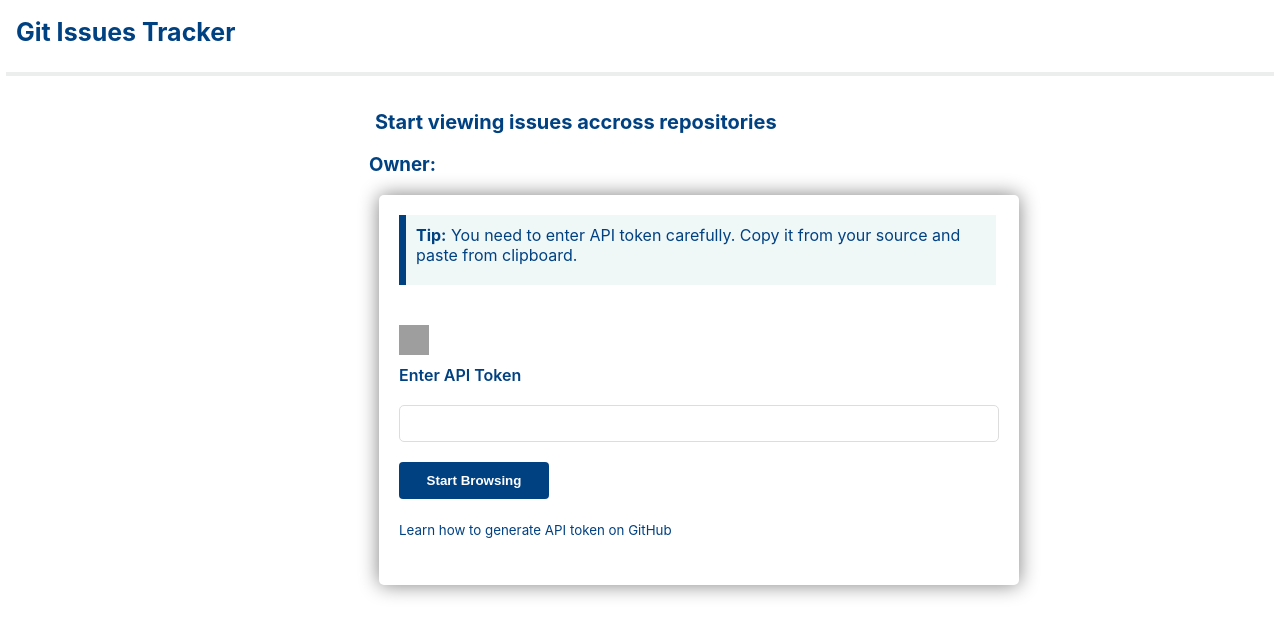
Repository: duzzisantos/github-repos-react-graphql
Page: /
The author's editor kept a copy of each file at every save. The page is drawn from the files as they stood at one save, then again after the next save.
The browser window is 1280 px wide. The pictures show the whole page.
Pictures or frames that could not be fetched are drawn as grey boxes. The project was rebuilt for these pictures with package versions that can differ from the ones it lists, and the page was loaded fresh each time. Also part of the build but not shown: src/components/table/tables.scss, src/components/table/Filters.tsx, src/components/table/Pagination.tsx, src/components/table/TableComponent.tsx, src/components/table/columnHelpers.ts, src/utilities/funtions.ts, src/pages/Repositories.tsx, src/pages/ViewRepository.tsx.

Above is the page before, as saved 2024-06-17 21:00:48.

### src/index.tsx
import React from "react";
import ReactDOM from "react-dom/client";
import "./index.css";
import App from "./App";
import reportWebVitals from "./reportWebVitals";
import { BrowserRouter } from "react-router-dom";
import { ApolloProvider } from "@apollo/client";
import client from "./api/apolloClient";

const root = ReactDOM.createRoot(
  document.getElementById("root") as HTMLElement
);
root.render(
  <React.StrictMode>
    <BrowserRouter>
      <ApolloProvider client={client}>
        <App />
      </ApolloProvider>
    </BrowserRouter>
  </React.StrictMode>
);

// If you want to start measuring performance in your app, pass a function
// to log results (for example: reportWebVitals(console.log))
// or send to an analytics endpoint. Learn more: https://bit.ly/CRA-vitals
reportWebVitals();

### src/App.tsx
import React from "react";
import "./App.scss";
import "./App.css";
import { Routes, Route } from "react-router-dom";
import StartPage from "./pages/StartPage";
import Repositories from "./pages/Repositories";
import ViewRepository from "./pages/ViewRepository";

function App() {
  return (
    <div className="App">
      <h1>Git Issues Tracker</h1>
      <hr />

      <Routes>
        <Route path="/" element={<StartPage />} />
        <Route path="/start" element={<StartPage />} />
        <Route path="/repositories" element={<Repositories />} />
        <Route path="/owner/repositoryName" element={<ViewRepository />} />
      </Routes>
    </div>
  );
}

export default App;

### src/api/apolloClient.ts
import { ApolloClient, InMemoryCache, createHttpLink } from "@apollo/client";
import { setContext } from "@apollo/client/link/context";

const http = createHttpLink({
  uri: "https://api.github.com/graphql",
});

const auth = setContext((_, { headers }) => {
  const apiToken = localStorage.getItem("authToken");

  return {
    headers: {
      ...headers,
      authorization: `Bearer ${apiToken}`,
    },
  };
});

const client = new ApolloClient({
  link: auth.concat(http),
  cache: new InMemoryCache(),
});

export default client;

### src/App.scss
/* Sass variables declared here: */

$color-dark: #212529;
$color-blue: rgb(0, 65, 130);
$color-teal: teal;
$padding-10: 10px;
$padding-20: $padding-10 * 2;
$padding-40: $padding-20 * 2;
$selected-display: flex;
$row: row;
$column: column;
$mb-20: 20px;
$mb-40: $mb-20 * 2;
$fw-600: 600;
$rounded-box: 5px;
$input-border: 1px solid rgb(221, 221, 221);

/* Main and start page styles*/
.App {
  display: flex;
  flex-direction: column;
}

.container {
  width: 98.8%;
  padding: $padding-10 $padding-10;
  display: flex;
  flex-direction: $column;
  justify-content: center;
  bottom: 0;
  margin-left: auto;
  color: $color-blue;
}

h1 {
  font-size: 25px;
  padding: 0 $padding-10;
  color: $color-blue;
  margin-left: 6px;
}

h2 {
  margin-left: 6px;
  font-size: 20px;
}

hr {
  border: 2px solid rgb(236, 238, 238);
  width: 98.8%;
}

form {
  width: 600px;
  height: 350px;
  margin-left: 10px;
  border-radius: $rounded-box;
  box-shadow: 0px 0px 20px gray;
  padding: $padding-20 $padding-20;
}

.form-group {
  display: $selected-display;
  flex-direction: $column;
}

.user-tip {
  height: 50px;
  width: 95%;
  padding: $padding-10 $padding-10;
  margin-bottom: $mb-40;
  border-left: 7px solid $color-blue;
  background-color: rgb(239, 247, 247);
}

.banner-info {
  color: $color-teal;
  font-size: 14px;
}

.banner-danger {
  @extend .banner-info;
  color: tomato;
}

.git-image {
  height: 30px;
  width: 30px;
  margin-bottom: 10px;
}

label {
  margin-bottom: $mb-20;
  font-weight: $fw-600;
}

#apiToken {
  @extend label;
  padding: 10px;
  border: $input-border;
  border-radius: $rounded-box;
}

/* Buttons */
.primary-btn {
  @extend label;
  width: 25%;
  padding: $padding-10;
  background-color: $color-blue;
  border: 1px solid transparent;
  border-radius: 4px;
  color: white;
}

button:hover {
  cursor: pointer;
}

.transparent-btn {
  @extend .primary-btn;
  background-color: white;
  color: $color-blue;
  border: 1px solid whitesmoke;
}

.transparent-btn:hover {
  background-color: $color-blue;
  color: white;
}

.action-btn {
  background-color: $color-teal;
  border: 1px solid transparent;
  color: white;
  border-radius: $rounded-box;
}

.read-docs {
  text-decoration: none;
  color: $color-blue;
}

.read-docs:hover {
  text-decoration-line: underline;
}

/* Content styles*/
.content-display {
  width: 90vw;
  overflow: auto;
  box-shadow: 0px 0px 15px gray;
  padding: $padding-10 $padding-10;
  margin-top: $mb-20;
  border-radius: $rounded-box;
}

.content-display > .display-items {
  width: 220%;
  position: relative;
}

.view-details {
  width: 45%;
  margin-top: $mb-20;
}

/* Miscellaneous styles */
a {
  text-decoration: none;
  color: $color-blue;
}

a:hover {
  text-decoration-line: underline;
}

### src/App.css
.container {
  width: 90%;
  align-items: center;
  justify-content: center;
  bottom: 0;
  padding: 10px 10px;
}

.display-items {
  width: 100%;
  display: flex;
  flex-direction: row;
  flex-wrap: wrap;
  gap: 1.5%;
}

.small-card {
  width: 300px;
  height: 120px;
  display: flex;
  flex-direction: column;
  justify-content: center;
  text-align: center;
  box-shadow: 0px 0px 3px gray;
}

### src/pages/StartPage.tsx
import React from "react";
import Container from "src/components/Container";
import Form from "src/components/Form";

const StartPage = () => {
  return (
    <Container
      pageSubTitle="Start viewing issues accross repositories"
      children={<Form />}
    />
  );
};

export default StartPage;

### src/components/Container.tsx
import React from "react";

interface ContainerProps {
  pageSubTitle: string;
  repositoryOwner?: string;
  children: any;
}

const Container = ({
  pageSubTitle,
  children,
  repositoryOwner,
}: ContainerProps) => {
  return (
    <main className="container">
      <section>
        <h2> {pageSubTitle}</h2>
        <h3>Owner: {repositoryOwner}</h3>
        {children}
      </section>
    </main>
  );
};

export default Container;

### src/components/Form.tsx
import React, { useState } from "react";
import { useNavigate } from "react-router-dom";
import { useLazyQuery } from "@apollo/client";
import { GET_ALL_REPOSITORIES } from "src/api/queryhelper";
//We need to specify the types of data we would be utilizing as state

const Form = () => {
  const [apiToken, setApiToken] = useState("");
  const [apiPayLoad, setApiPayload] = useState([]);
  const [getRepositories, { loading, error, data }] =
    useLazyQuery(GET_ALL_REPOSITORIES);

  const navigate = useNavigate();

  const handleChange = (e: any) => {
    setApiToken(e.target.value);
  };

  const handleSubmit = () => {
    localStorage.setItem("authToken", apiToken);

    //We make the GraphQL API call here
    getRepositories()
      .then((res: any) => {
        console.log(res.data);
        setApiPayload(res.data.viewer.repositories.nodes);
      })
      .catch((err) => {
        console.warn(err?.message);
      });
  };

  if (data) {
    navigate("/repositories", {
      state: {
        //this is the result we want to consume as we navigate to the /repositories route
        data: data.viewer.repositories.nodes,
        error: error,
        loading: loading,
        apiPayLoad,
      },
    });
  }

  return (
    <form>
      <div className="user-tip">
        <strong> Tip:</strong> You need to enter API token carefully. Copy it
        from your source and paste from clipboard.
      </div>

      <div className="form-group">
        <img
          src="https://upload.wikimedia.org/wikipedia/commons/thumb/c/c2/GitHub_Invertocat_Logo.svg/1200px-GitHub_Invertocat_Logo.svg.png"
          alt="git"
          className="git-image"
        />
        <label htmlFor="apiToken">Enter API Token</label>
        <input
          type="text"
          name="apiToken"
          id="apiToken"
          value={apiToken}
          onChange={handleChange}
        />
        <button className="primary-btn" type="button" onClick={handleSubmit}>
          Start Browsing
        </button>

        <div className="banner-info">
          <strong>{loading ? "Redirecting...." : data && "Success"}</strong>
        </div>
        <div className="banner-danger">
          <strong>{error && error.message}</strong>
        </div>
      </div>
      <small className="form-text" id="info">
        <a
          className="read-docs"
          title="Read short documentation"
          href="https://docs.github.com/en/authentication/keeping-your-account-and-data-secure/managing-your-personal-access-tokens"
        >
          Learn how to generate API token on GitHub
        </a>
      </small>
    </form>
  );
};

export default Form;

### src/api/queryhelper.ts
import { gql } from "@apollo/client";

const GET_ALL_REPOSITORIES = gql`
  query {
    viewer {
      repositories(first: 50) {
        nodes {
          id
          name
          owner {
            login
          }
          visibility
          stargazerCount
          forkCount
          url
          issues {
            totalCount
          }
          licenseInfo {
            name
          }
          updatedAt
          createdAt
        }
      }
    }
  }
`;

const GET_REPOSITORY_BY_NAME = gql`
  query ($name: NAME!) {
    node(name: $name) {
      ... on Repository {
        id
        name
        owner {
          login
        }
        visibility
        stargazerCount
        forkCount
        url
        issues {
          totalCount
        }
        licenseInfo {
          name
        }
        updatedAt
        createdAt
      }
    }
  }
`;

export { GET_ALL_REPOSITORIES, GET_REPOSITORY_BY_NAME };

Loaded but not shown: public/index.html (common file); src/index.css (common file); src/reportWebVitals.ts (common file)

After the next save:
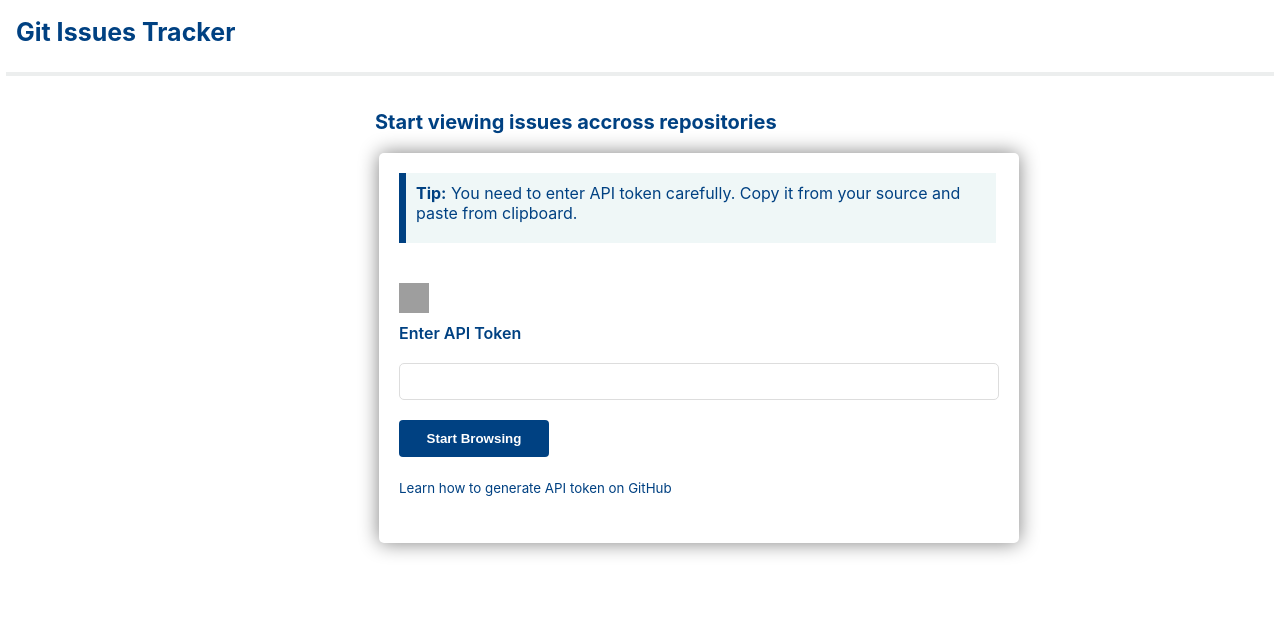
Saved 16 s later.
--- a/src/components/Container.tsx
+++ b/src/components/Container.tsx
@@ -15,7 +15,7 @@ const Container = ({
     <main className="container">
       <section>
         <h2> {pageSubTitle}</h2>
-        <h3>Owner: {repositoryOwner}</h3>
+        <h3>{repositoryOwner}</h3>
         {children}
       </section>
     </main>
